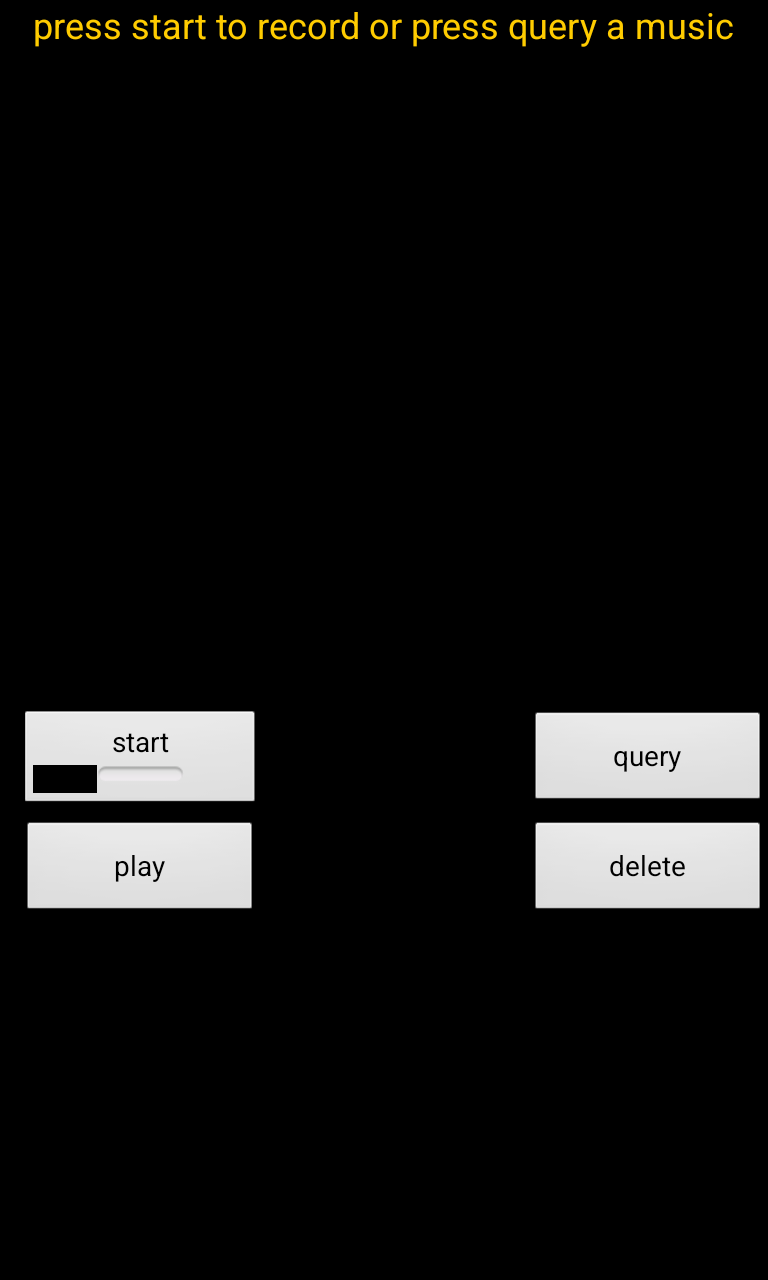
Repository: FreyrChen/tucan_Linux_practice
Layout: 4_Android_program/MusicIdentify/res/layout/activity_main.xml
An editor plug-in stored every save of this project. The layout is shown before and after the next save, followed by the edit.
It is drawn on a 768 x 1280 px phone screen (xhdpi) without system bars, with theme AppTheme; the app's code is not run.

Above is the layout before, as saved 2013-05-30 09:10:40.

### 4_Android_program/MusicIdentify/res/layout/activity_main.xml
<RelativeLayout xmlns:android="http://schemas.android.com/apk/res/android"
    xmlns:tools="http://schemas.android.com/tools"
    android:layout_width="match_parent"
    android:layout_height="match_parent"
    android:background="#000000"
    tools:context=".MainActivity" >

    <TextView
        android:id="@+id/info_text"
        android:layout_width="wrap_content"
        android:layout_height="350dp"
        android:layout_centerHorizontal="true"
        android:textSize="18sp"
        android:text="@string/init_text"
        android:background="#00FF0000"
	    android:textColor="#FFCC00"
    />

     <ToggleButton
		android:id="@+id/start_button"
		android:textOn="@string/stop"
		android:textOff="@string/start"
	 	android:layout_width="120dp"
	 	android:layout_height="50dp"
	    android:layout_alignParentLeft="true"
	    android:layout_marginTop="5dp"
	    android:layout_marginLeft="10dp"
	    android:layout_below="@+id/info_text"
 	/>

    <Button
	 	android:id="@+id/query_button"
	 	android:layout_width="120dp"
	 	android:layout_height="50dp"
	 	android:text="@string/query"
	    android:layout_marginTop="5dp"
	    android:layout_marginLeft="10dp"
	    android:layout_alignParentRight="true"
	    android:layout_below="@+id/info_text"
 	/>

    <Button
	 	android:id="@+id/play_button"
		android:text="@string/play"
	 	android:layout_width="120dp"
	 	android:layout_height="50dp"
	    android:layout_alignParentLeft="true"
	    android:layout_marginTop="5dp"
	    android:layout_marginLeft="10dp"
	    android:layout_below="@+id/start_button"
 	/>


    <Button
	 	android:id="@+id/delete_button"
	 	android:layout_width="120dp"
	 	android:layout_height="50dp"
	 	android:text="@string/delete"
	    android:layout_marginTop="5dp"
	    android:layout_marginLeft="10dp"
	    android:layout_alignParentRight="true"
	    android:layout_below="@+id/query_button"
 	/>





</RelativeLayout>

### 4_Android_program/MusicIdentify/res/values/strings.xml
<?xml version="1.0" encoding="utf-8"?>
<resources>

    <string name="app_name">MusicIdentify</string>
    <string name="init_text">press start to record or press query a music</string>
    <string name="menu_settings">Settings</string>
    <string name="start">start</string>
    <string name="stop">stop</string>
    <string name="play">play</string>
    <string name="query">query</string>
    <string name="delete">delete</string>


</resources>

Loaded but not shown: 4_Android_program/MusicIdentify/res/values/styles.xml (common file)

After the next save:
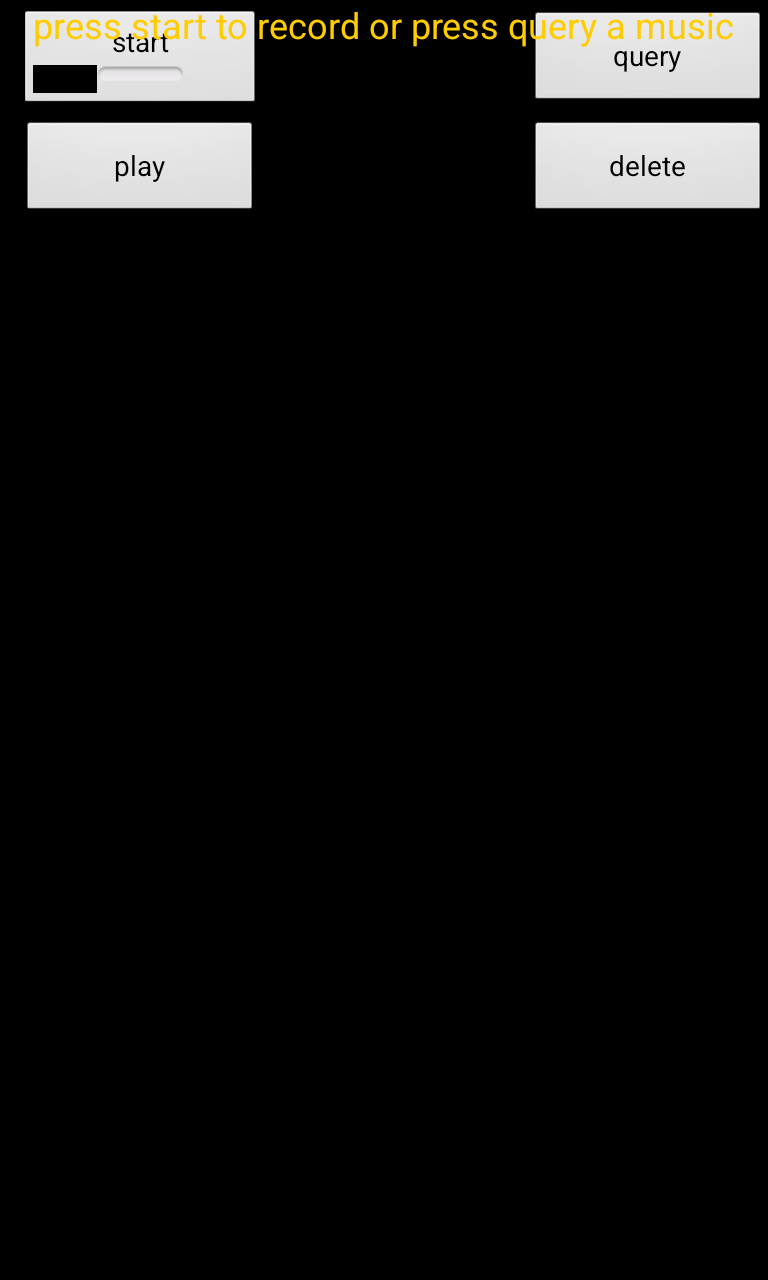
Saved 30 min 21 s later.
--- a/4_Android_program/MusicIdentify/res/layout/activity_main.xml
+++ b/4_Android_program/MusicIdentify/res/layout/activity_main.xml
@@ -5,16 +5,6 @@
     android:background="#000000"
     tools:context=".MainActivity" >
 
-    <TextView
-        android:id="@+id/info_text"
-        android:layout_width="wrap_content"
-        android:layout_height="350dp"
-        android:layout_centerHorizontal="true"
-        android:textSize="18sp"
-        android:text="@string/init_text"
-        android:background="#00FF0000"
-	    android:textColor="#FFCC00"
-    />
 
      <ToggleButton
 		android:id="@+id/start_button"
@@ -25,7 +15,6 @@
 	    android:layout_alignParentLeft="true"
 	    android:layout_marginTop="5dp"
 	    android:layout_marginLeft="10dp"
-	    android:layout_below="@+id/info_text"
  	/>
 
     <Button
@@ -36,7 +25,6 @@
 	    android:layout_marginTop="5dp"
 	    android:layout_marginLeft="10dp"
 	    android:layout_alignParentRight="true"
-	    android:layout_below="@+id/info_text"
  	/>
 
     <Button
@@ -62,6 +50,16 @@
 	    android:layout_below="@+id/query_button"
  	/>
 
+    <TextView
+        android:id="@+id/info_text"
+        android:layout_width="wrap_content"
+        android:layout_height="350dp"
+        android:layout_centerHorizontal="true"
+        android:textSize="18sp"
+        android:text="@string/init_text"
+        android:background="#00FF0000"
+	    android:textColor="#FFCC00"
+    />
 
 
 
